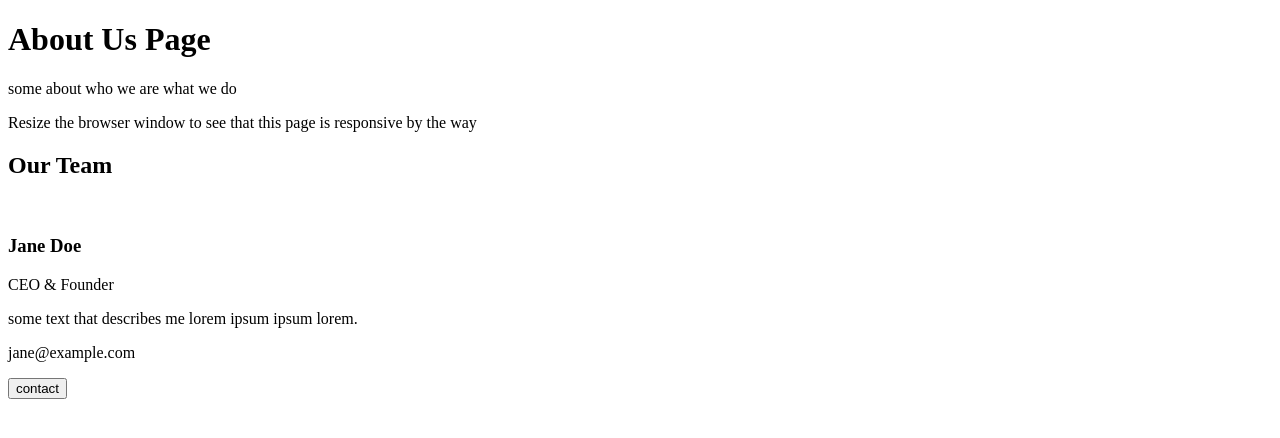
Repository: Lehuyhuynh/BTH2-CSS
Page: BTH3/index.html
These files come from the project's save history. The page is drawn as it stood at one moment and after a run of saves; the edit follows.
The browser window is 1280 px wide. The pictures show the whole page.

Above is the page before, as saved 2023-08-11 15:54:12.

### BTH3/index.html
<!DOCTYPE html>
<html lang="en">
<head>
  <meta charset="UTF-8">
  <meta name="viewport" content="width=device-width, initial-scale=1.0">
  <link rel="stylesheet" href="style.css">
  <title>BTH 3</title>
</head>
<body>
  <div class="section">
    <h1>About Us Page</h1>
    <p>some about who we are what we do</p>
    <p>Resize the browser window to see that this page is responsive by the way</p>
  </div>

  <h2>Our Team</h2>
  <div class="row">
    <div class=" column">
     <div class="card">
      <img src="" alt="">
      <h3>Jane Doe</h3>
      <p>CEO & Founder</p>
      <p>some text that describes me lorem ipsum ipsum lorem.</p>
      <p>jane@example.com</p>
      <button>contact</button>
     </div>
    </div>
  </div>
</body>
</html>

Loaded but not shown: BTH3/style.css (no copy from this time; the picture is the same without it)

After the next 4 saves:
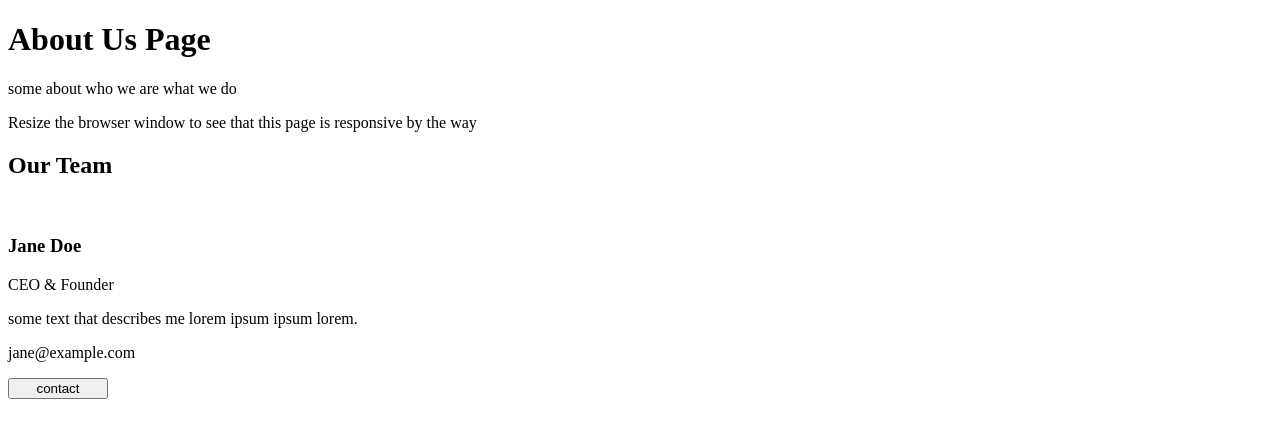
The 4 saves are shown as one change because they came seconds apart.
The last was saved 23 s later.
--- a/BTH3/index.html
+++ b/BTH3/index.html
@@ -22,7 +22,7 @@
       <p>CEO & Founder</p>
       <p>some text that describes me lorem ipsum ipsum lorem.</p>
       <p>jane@example.com</p>
-      <button>contact</button>
+      <button style="width: 100px;">contact</button>
      </div>
     </div>
   </div>

After the save that followed:
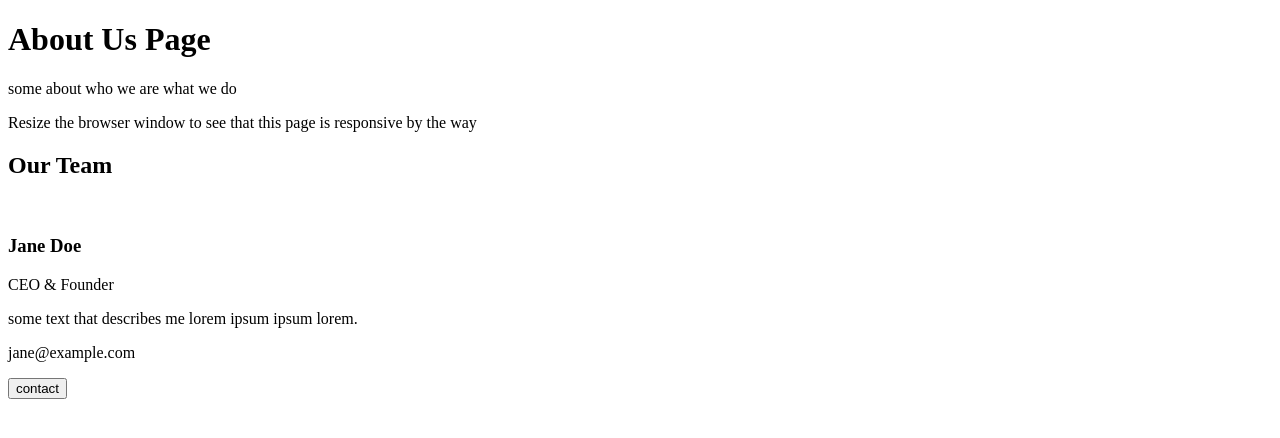
Saved 7 s later.
--- a/BTH3/index.html
+++ b/BTH3/index.html
@@ -22,7 +22,7 @@
       <p>CEO & Founder</p>
       <p>some text that describes me lorem ipsum ipsum lorem.</p>
       <p>jane@example.com</p>
-      <button style="width: 100px;">contact</button>
+      <button>contact</button>
      </div>
     </div>
   </div>
